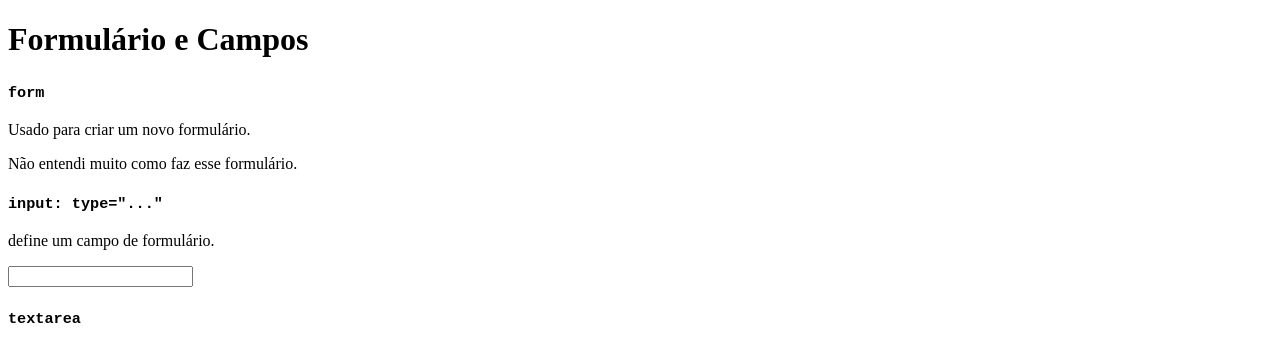
Repository: ErikMesquita/Danki-Code
Page: formulários_e_campos/index.html
An editor plug-in stored every save of this project. The page is shown before and after a run of saves, followed by the edit.
The browser window is 1280 px wide. The pictures show the whole page.

Above is the page before, as saved 2023-10-28 16:09:51.

After the next 2 saves:
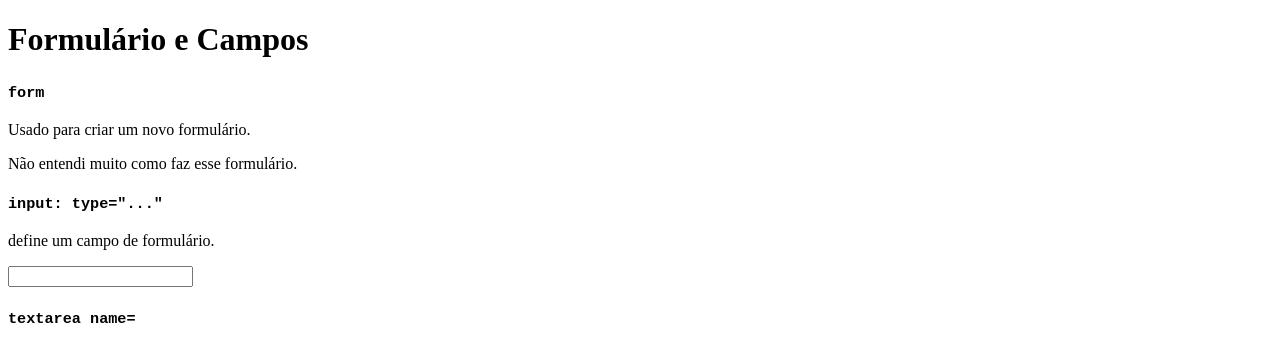
The 2 saves are shown as one change because they came seconds apart.
The last was saved 15 s later.
--- a/formulários_e_campos/index.html
+++ b/formulários_e_campos/index.html
@@ -48,7 +48,7 @@
     </p>
     <input type="text">
 
-    <h3><code>textarea</code></h3>
+    <h3><code>textarea name=</code></h3>
     <p>
 
     </p>
